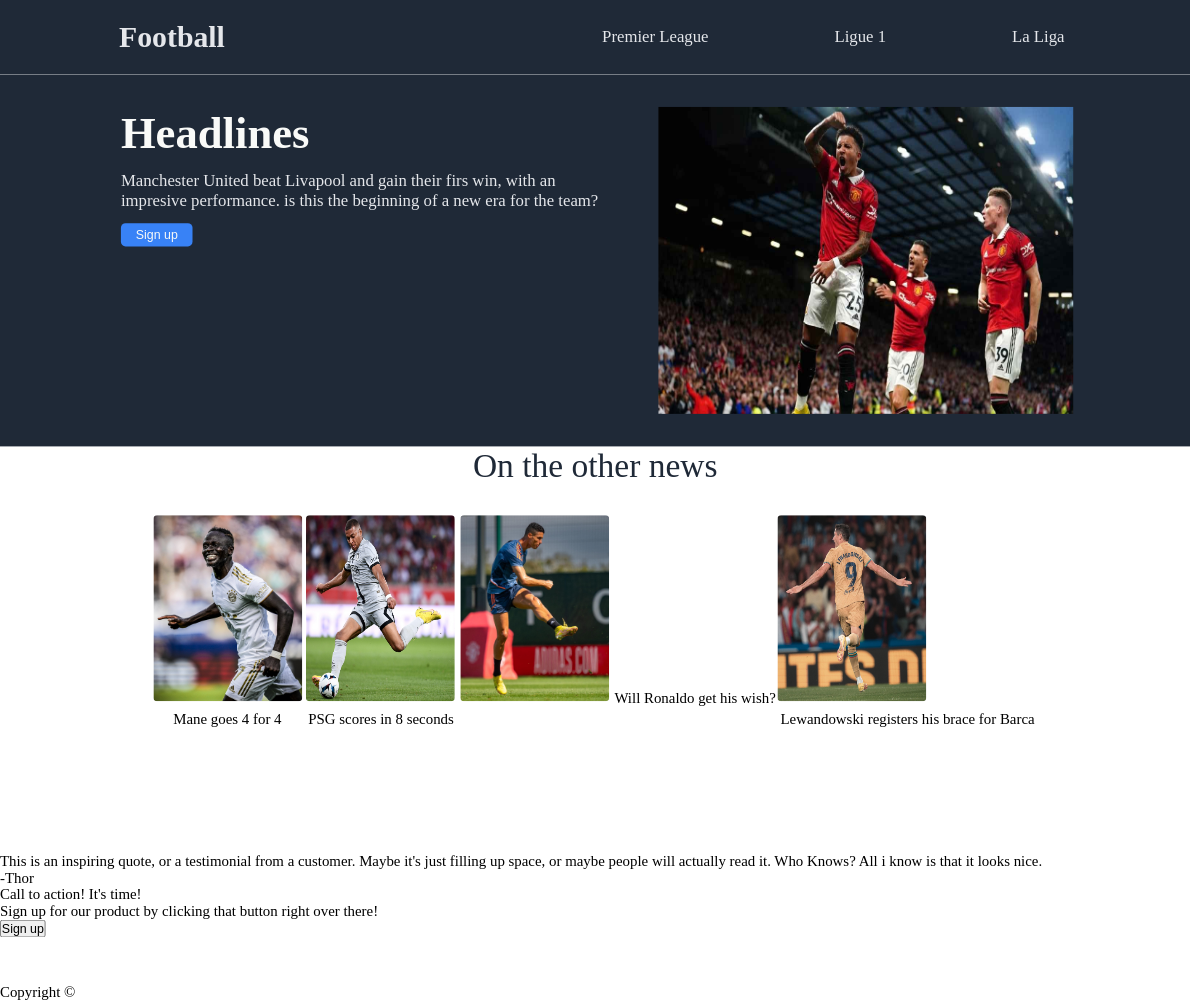
Repository: MhlengiNgubane/Brainnest_CSS
Page: index.html
These files come from the project's save history. The page is drawn as it stood at one moment and after the next save; the edit follows.
The browser window is 1280 px wide. The pictures show the whole page, at 93% of full size.

Above is the page before, as saved 2022-08-28 00:21:41.

After the next save:
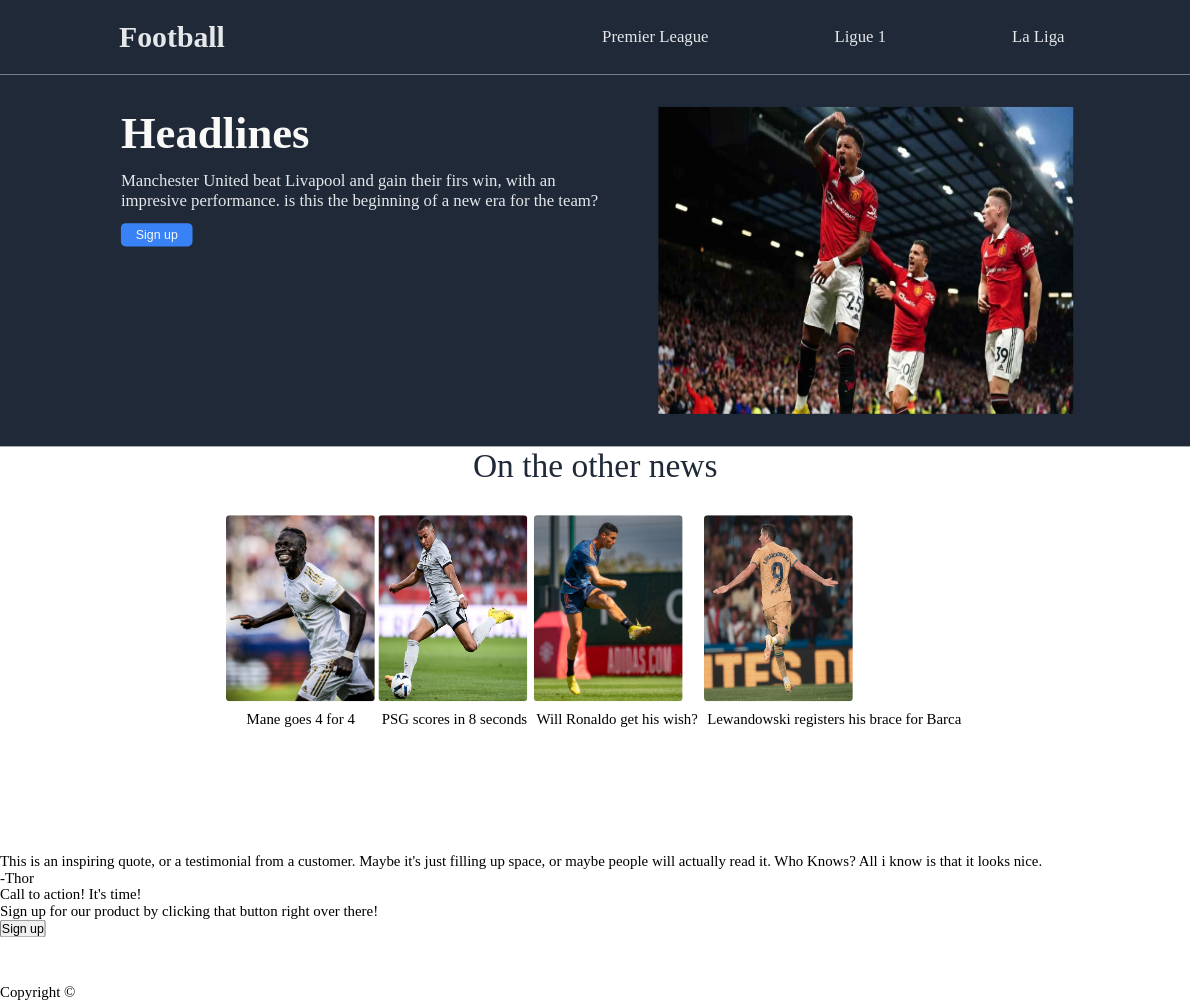
Saved 32 s later.
--- a/index.html
+++ b/index.html
@@ -62,7 +62,7 @@
                     src="./images/ronaldo.png"
                     alt="Cristiano Ronaldo"
                 />
-                <dfigcaption>
+                <figcaption>
                     Will Ronaldo get his wish?
                 </figcaption>
             </figure>
